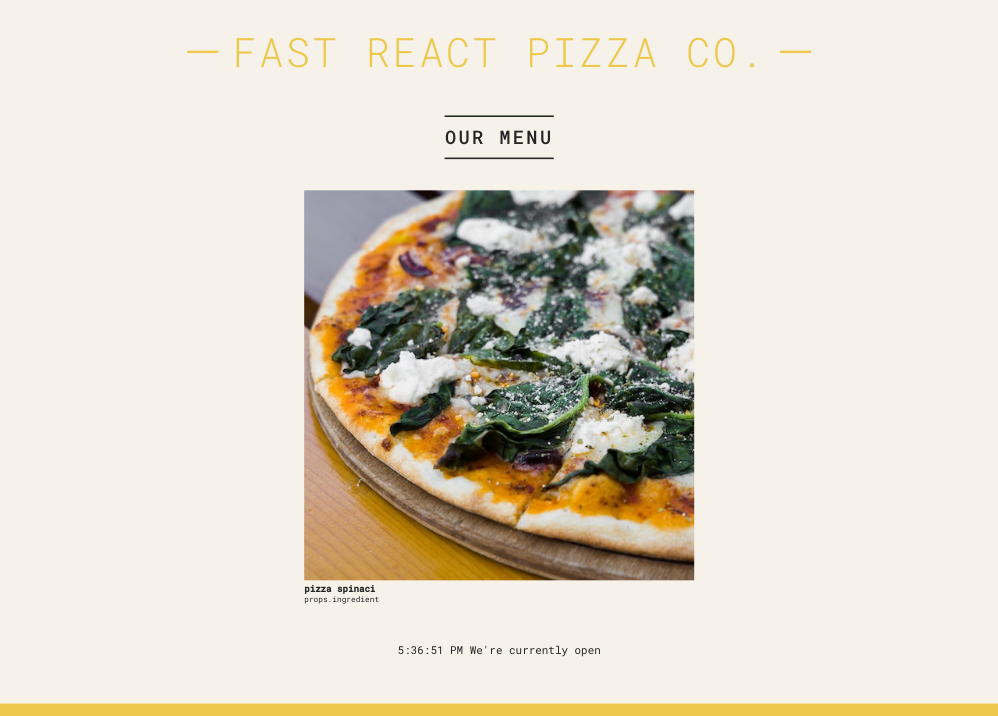
Repository: ahmedharidy/First-React-App
Page: /
These files come from the project's save history. The page is drawn as it stood at one moment and after the next save; the edit follows.
The browser window is 1280 px wide. The pictures show the whole page, at 78% of full size.
The project was rebuilt for these pictures with package versions that can differ from the ones it lists, and the page was loaded fresh each time.

Above is the page before, as saved 2026-09-22 11:06:18.

### src/index.js
import React from "react";
import ReactDOM from "react-dom/client";
import "./index.css";

const pizzaData = [
  {
    name: "Focaccia",
    ingredients: "Bread with italian olive oil and rosemary",
    price: 6,
    photoName: "pizzas/focaccia.jpg",
    soldOut: false,
  },
  {
    name: "Pizza Margherita",
    ingredients: "Tomato and mozarella",
    price: 10,
    photoName: "pizzas/margherita.jpg",
    soldOut: false,
  },
  {
    name: "Pizza Spinaci",
    ingredients: "Tomato, mozarella, spinach, and ricotta cheese",
    price: 12,
    photoName: "pizzas/spinaci.jpg",
    soldOut: false,
  },
  {
    name: "Pizza Funghi",
    ingredients: "Tomato, mozarella, mushrooms, and onion",
    price: 12,
    photoName: "pizzas/funghi.jpg",
    soldOut: false,
  },
  {
    name: "Pizza Salamino",
    ingredients: "Tomato, mozarella, and pepperoni",
    price: 15,
    photoName: "pizzas/salamino.jpg",
    soldOut: true,
  },
  {
    name: "Pizza Prosciutto",
    ingredients: "Tomato, mozarella, ham, aragula, and burrata cheese",
    price: 18,
    photoName: "pizzas/prosciutto.jpg",
    soldOut: false,
  },
];
function App() {
  return (
    <div className="container">
      <Header />
      <Menu />
      <Footer />
    </div>
  );
}

function Header() {
  //   const style = { color: "red", fontSize: "48px", textTransform: "uppercase" };
  const style = {};
  return (
    <header className="header">
      <h1 style={style}>Fast react pizza co.</h1>
    </header>
  );
}
function Menu() {
  return (
    <main className="menu">
      <h2>Our menu</h2>
      <Pizza
        name="pizza spinaci"
        ingredient="Bread with italian olive oil and rosemary"
        photoName="pizzas/spinaci.jpg"
        price="10"
      />
    </main>
  );
}

function Pizza(props) {
  console.log(props);
  return (
    <div>
      <img src={props.photoName} alt={props.name}></img>
      <h3>{props.name}</h3>
      <p>props.ingredient</p>
    </div>
  );
}

function Footer() {
  const hour = new Date().getHours();
  const openHour = 12;
  const closeHour = 22;
  const isOpen = hour >= openHour && hour <= closeHour;

  //   if (hour >= openHour && hour <= closeHour) alert("were currently open!");
  //   else alert("sorry were closed");

  return (
    <footer className="footer">
      {new Date().toLocaleTimeString()} We're currently open
    </footer>
  );
  //   return React.createElement("footer", null, "we're currently open");
}

const root = ReactDOM.createRoot(document.getElementById("root"));

root.render(<App />);

Loaded but not shown: public/index.html (common file); src/index.css (common file)

After the next save:
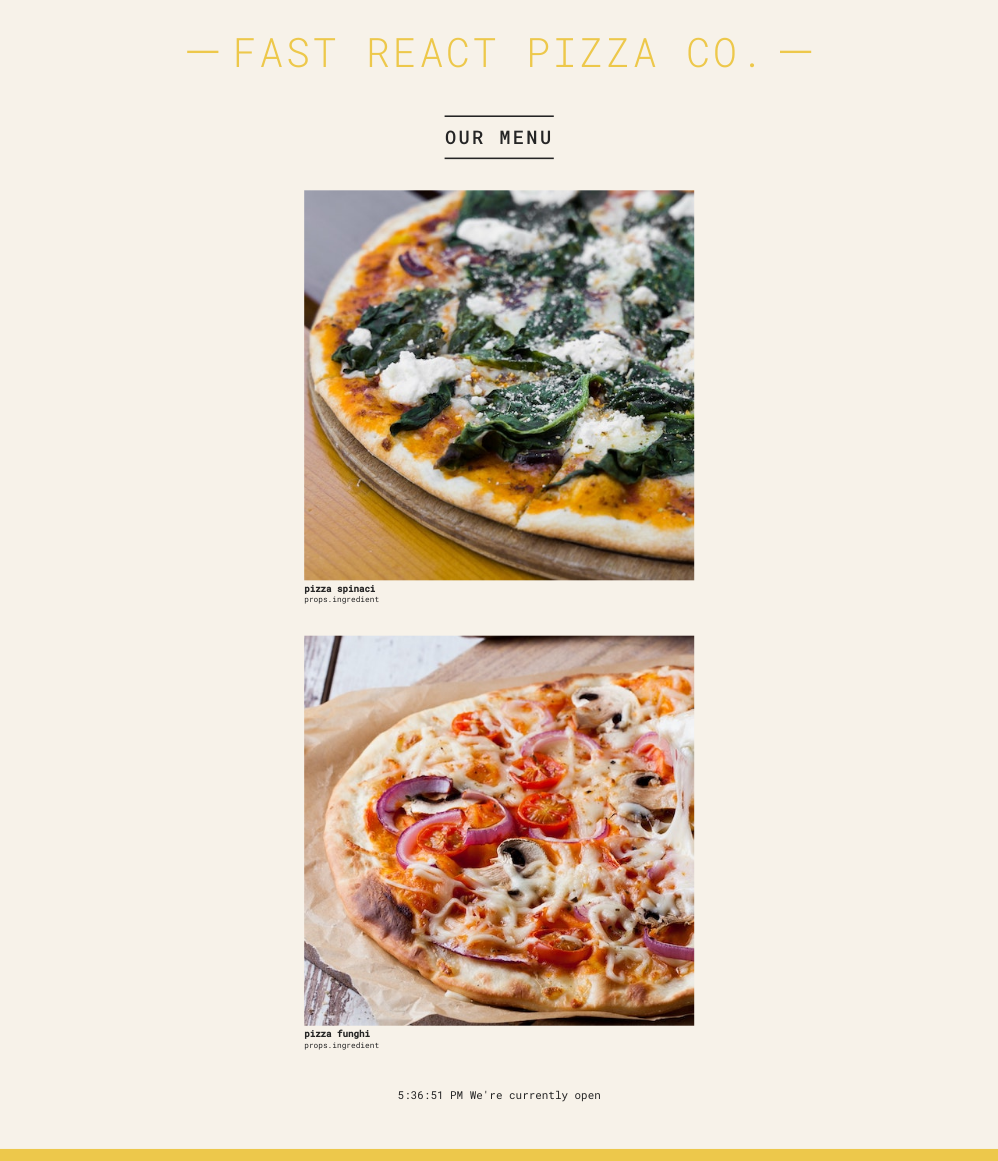
Saved 65 s later.
--- a/src/index.js
+++ b/src/index.js
@@ -75,6 +75,13 @@ function Menu() {
         photoName="pizzas/spinaci.jpg"
         price="10"
       />
+
+      <Pizza
+        name="pizza funghi"
+        ingredient="Bread with tomato and mushrooms"
+        photoName="pizzas/funghi.jpg"
+        price="50"
+      />
     </main>
   );
 }
